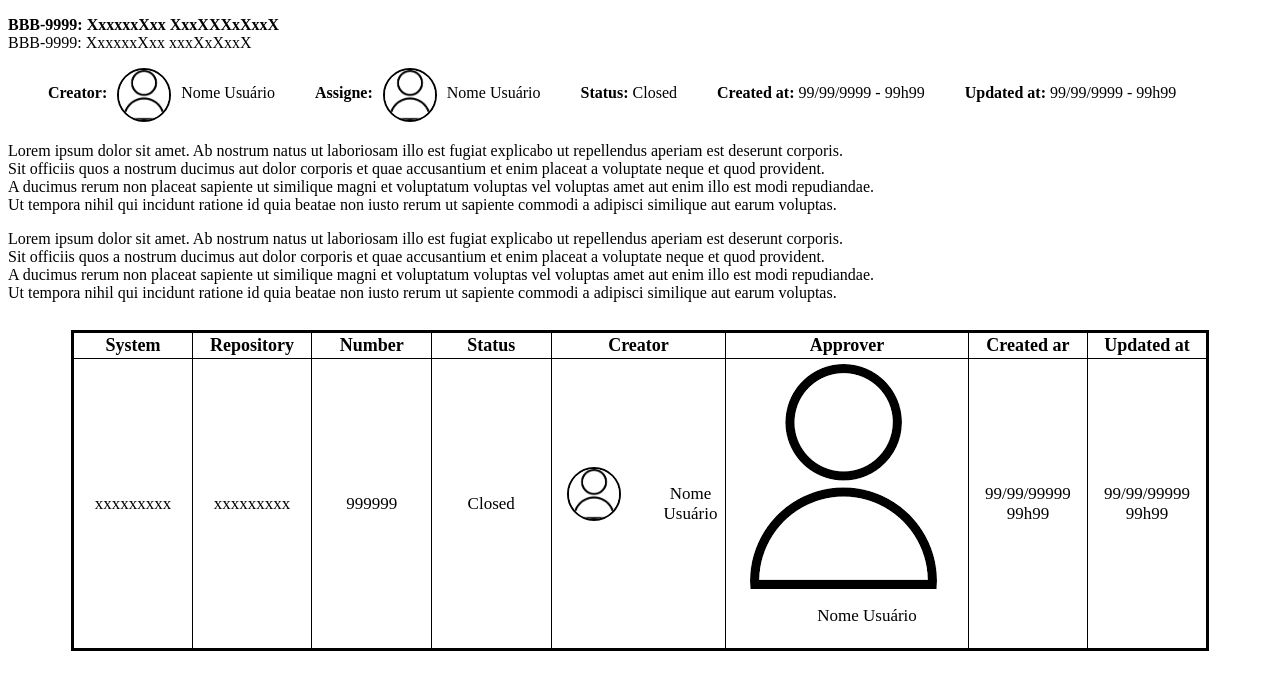
Repository: AnaBerlanda/PaginaFer
Page: index.html
These files come from the project's save history. The page is drawn as it stood at one moment and after the next save; the edit follows.
The browser window is 1280 px wide. The pictures show the whole page.

Above is the page before, as saved 2022-05-23 15:57:29.

After the next save:
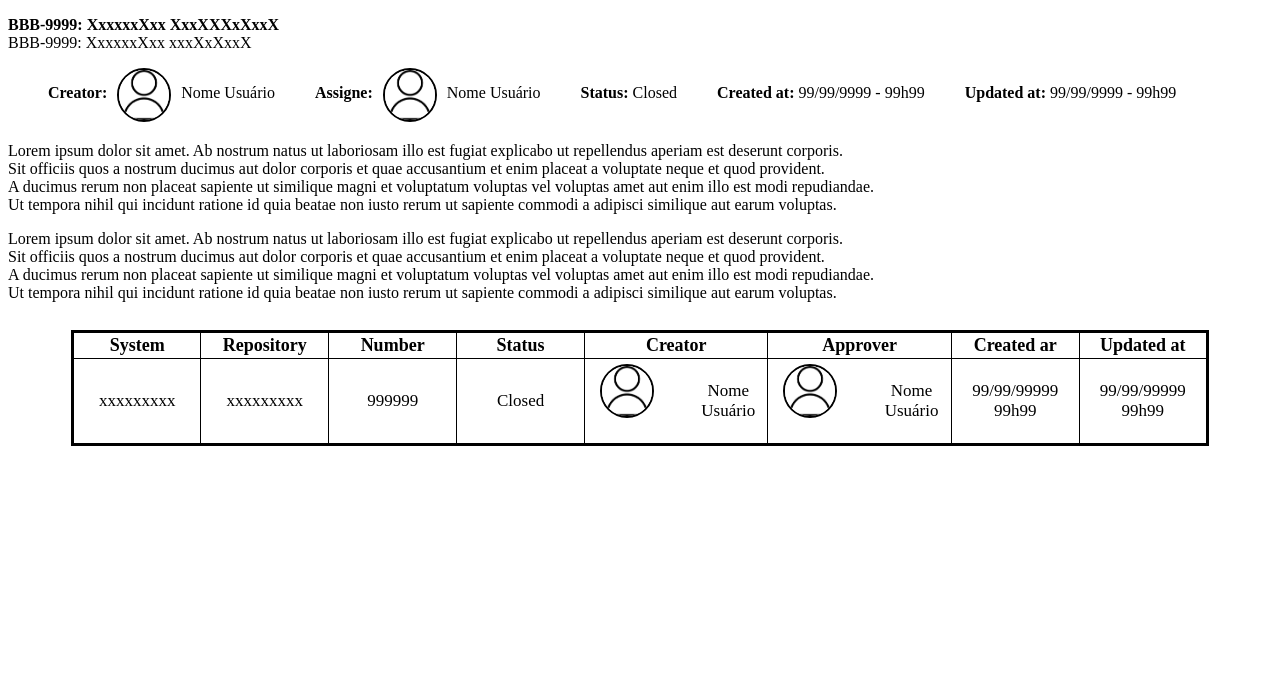
Saved 49 s later.
--- a/index.html
+++ b/index.html
@@ -75,10 +75,12 @@
             </td>
             <td>
                 <div class="tabela-imagem">
-                <img src="imagem/Icone-usuario-Png-1024x1024.png">
-                </div>
+                    <div class="imagem">
+                    <img src="imagem/Icone-usuario-Png-1024x1024.png">
+                    </div>
                 <div class="textos">
                     <p class="nome">Nome Usuário</p>
+                </div>
                 </div>
             </td>
             <td>99/99/99999 99h99</td>
